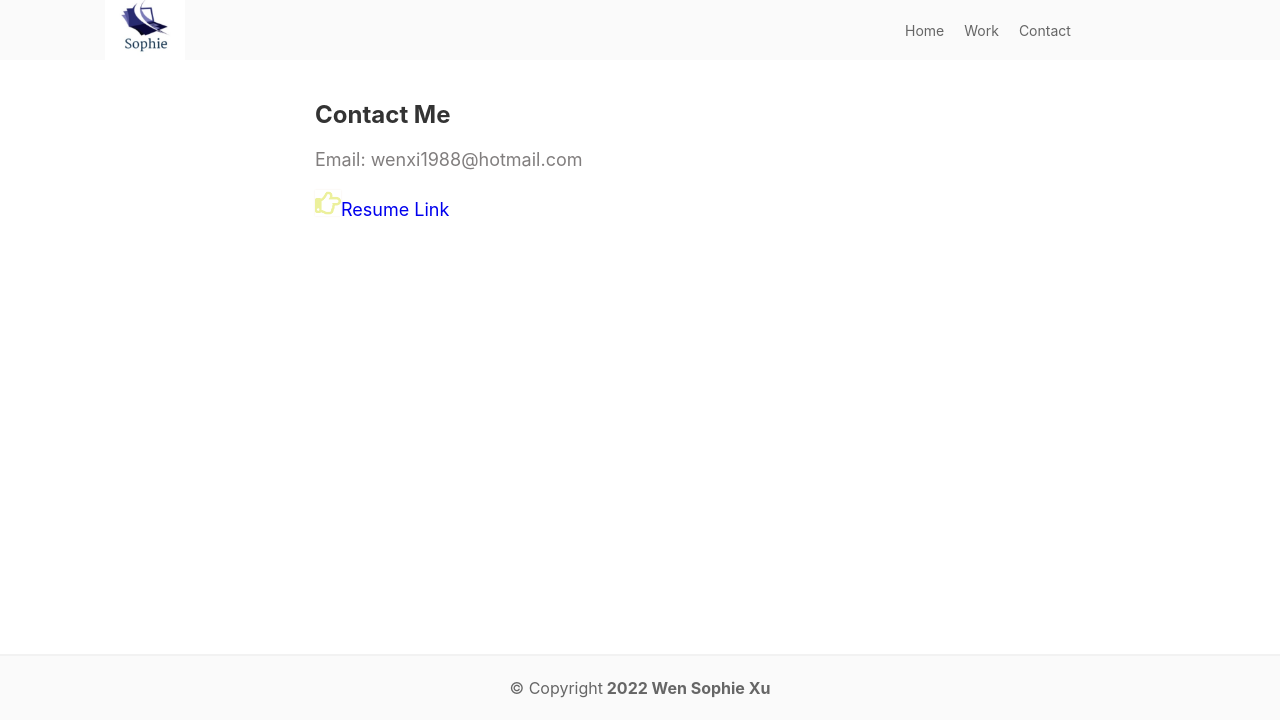
Repository: wenxi0504/myResume_app
Page: /contact
An editor plug-in stored every save of this project. The page is shown before and after the next save, followed by the edit.
The browser window is 1280 px wide. The pictures show the whole page.
The project was rebuilt for these pictures with package versions that can differ from the ones it lists, and the page was loaded fresh each time. Also part of the build but not shown: src/pages/HomePage/home.module.scss, src/pages/HomePage/index.js, src/pages/WorkPage/works.module.scss, src/components/WorkLists/work.module.scss, src/components/WorkLists/index.js, src/pages/WorkPage/index.js.

Above is the page before, as saved 2022-01-04 23:14:56.

After the next save:
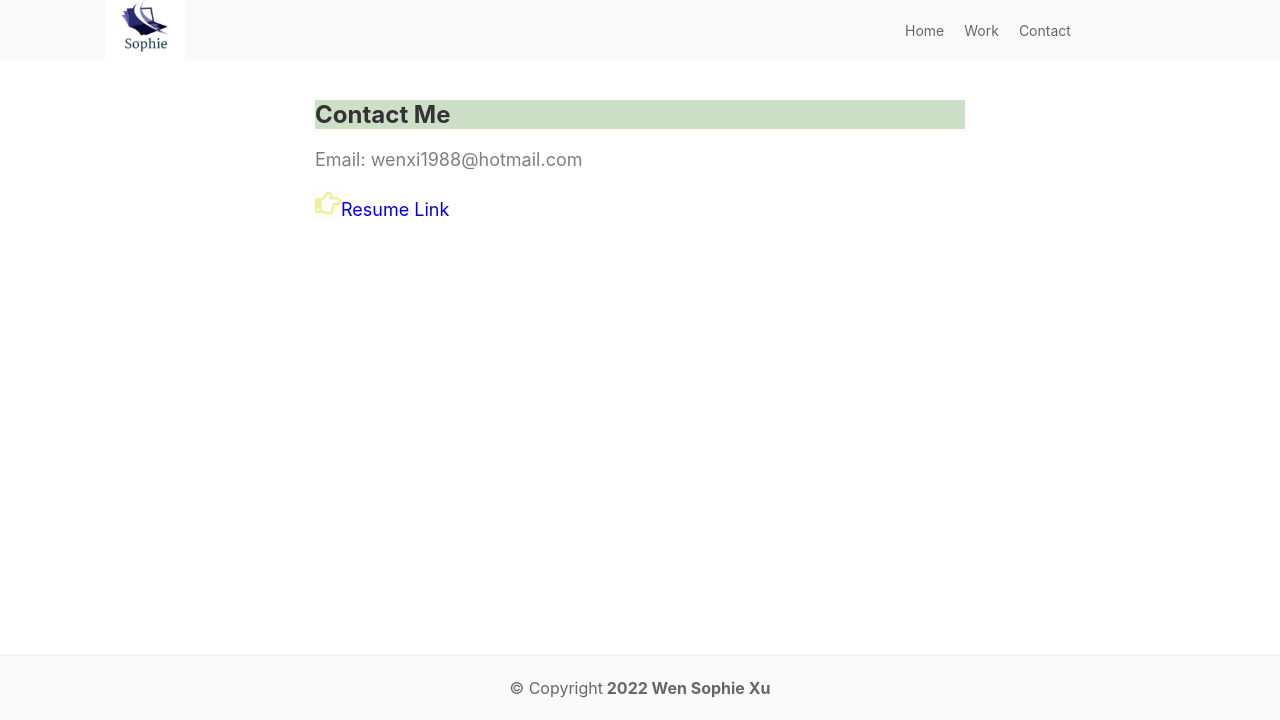
Saved 61 s later.
--- a/src/pages/Contact/contact.module.scss
+++ b/src/pages/Contact/contact.module.scss
@@ -7,6 +7,7 @@
     padding: 40px 0px;
     .title {
       h1 {
+        background: #cddfc7;
         font-size: 24px;
       }
       p {
